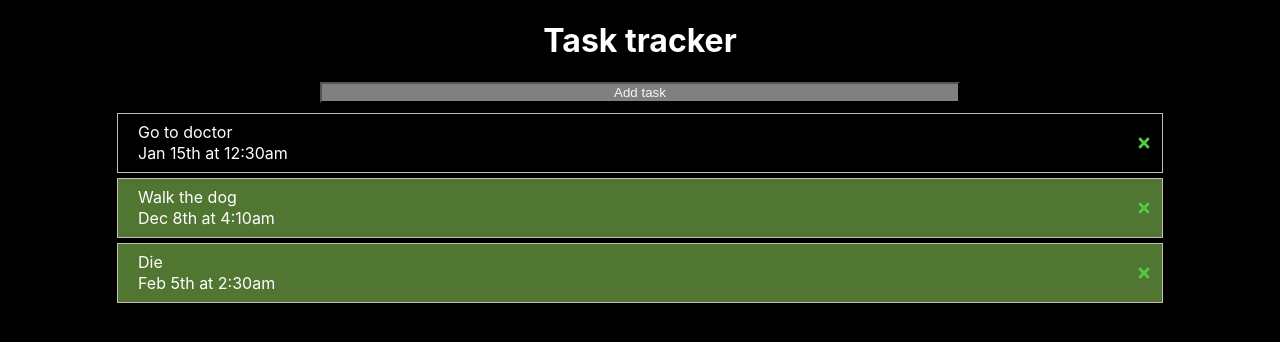
Repository: roscaImarius/task-tracker-react
Page: /
An editor plug-in stored every save of this project. The page is shown before and after the next save, followed by the edit.
The browser window is 1280 px wide. The pictures show the whole page.
The project was rebuilt for these pictures with package versions that can differ from the ones it lists, and the page was loaded fresh each time. Also part of the build but not shown: src/components/AddTask.js.

Above is the page before, as saved 2021-03-31 12:59:35.

After the next save:
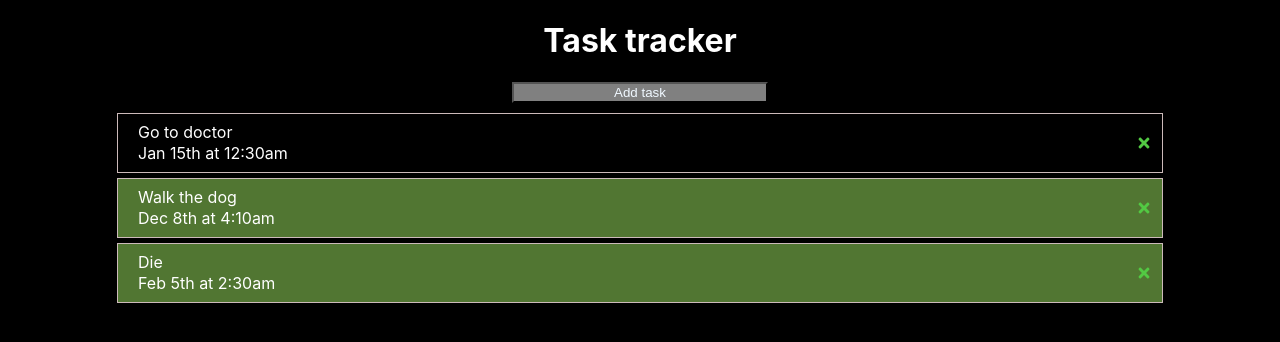
Saved 29 s later.
--- a/src/App.css
+++ b/src/App.css
@@ -15,7 +15,7 @@ body {
   background-color: black;
   color: aliceblue;
   margin: auto;
-  width: 50%;
+  width: 20%;
 }
 .task {
   display: flex;
